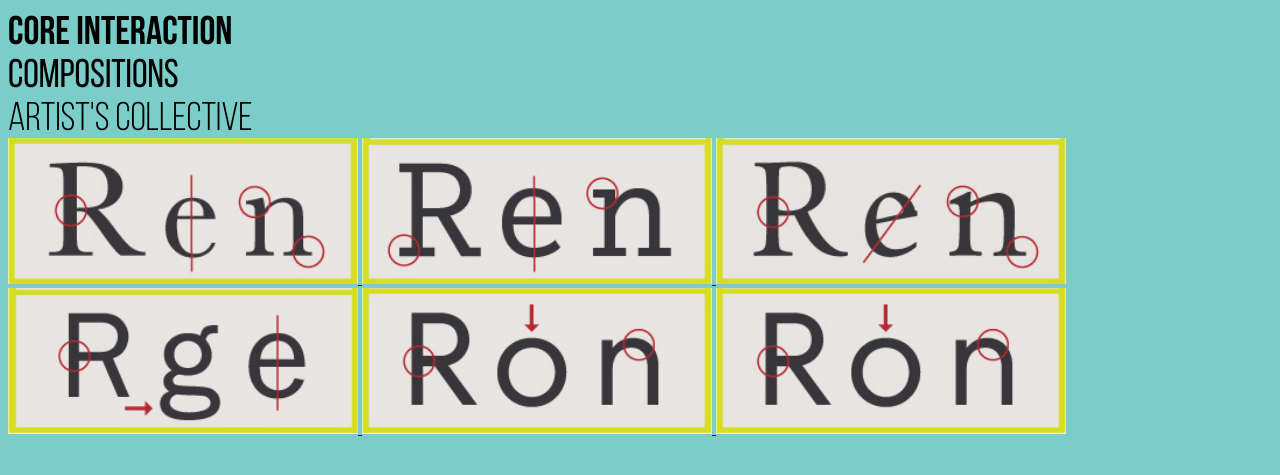
Repository: diasm568/diasm568.github.io
Page: lab/archive/index.html
The author's editor kept a record of every edit. The page is drawn from the files as they stood at one moment, then again after the next edit.
The browser window is 1280 px wide. The pictures show the whole page.

Above is the page before.

### lab/archive/index.html
<!DOCTYPE html>

<html>

<link href="styles.css" rel="stylesheet" type="text/css">

<title>Composition Archive</title>

<link rel="shortcut icon" type="image/png" href="../studio/favicon2.jpg"/>

<head>

	<p1>Core Interaction</p1>
        <br>
	<p2>Compositions</p2>
        <br>
	<p3>Artist's Collective</p3>
        <br>
</head>

<body>

    <a href="#transitional" class= "post" style= top:10px;>
        <img src="transitional.jpg" alt="home" style="width:350px;height:146px">
    </a>

    <a href="#slab" class= "post" style= top:10px;>
        <img src="slab.jpg" alt="home" style="width:350px;height:146px">
    </a>

    <a href="#oldstyle" class= "post" style= top:10px;>
        <img src="oldstyle.jpg" alt="home" style="width:350px;height:146px">
    </a>

    <a href="#grotesque" class= "post" style= top:10px;>
        <img src="grotesque.jpg" alt="home" style="width:350px;height:146px">
    </a>

    <a href="#geometric" class= "post" style= top:10px;>
        <img src="geometric.jpg" alt="home" style="width:350px;height:146px">
    </a>

    <a href="#square" class= "post" style= top:10px;>
        <img src="geometric.jpg" alt="home" style="width:350px;height:146px">
    </a>

</body>

</html>

### lab/archive/styles.css
body {
    background-color: #7acdc8;
}

@font-face {
    font-family: bebasNeueBold;
    src: url('bebasNeueBold-webfont.ttf') format('truetype');
}

@font-face {
    font-family: bebasNeueBook;
    src: url('bebasNeueBook-webfont.ttf') format('truetype');
}

@font-face {
    font-family: bebasNeueRegular;
    src: url('bebasNeueRegular-webfont.ttf') format('truetype');
}

p1 {
    font-family: bebasNeueBold;
    font-size: 40px;
}

p2 {
    font-family: bebasNeueRegular;
    font-size: 40px;
}

p3 {
    font-family: bebasNeueBook;
    font-size: 40px;
}

After the next edit:
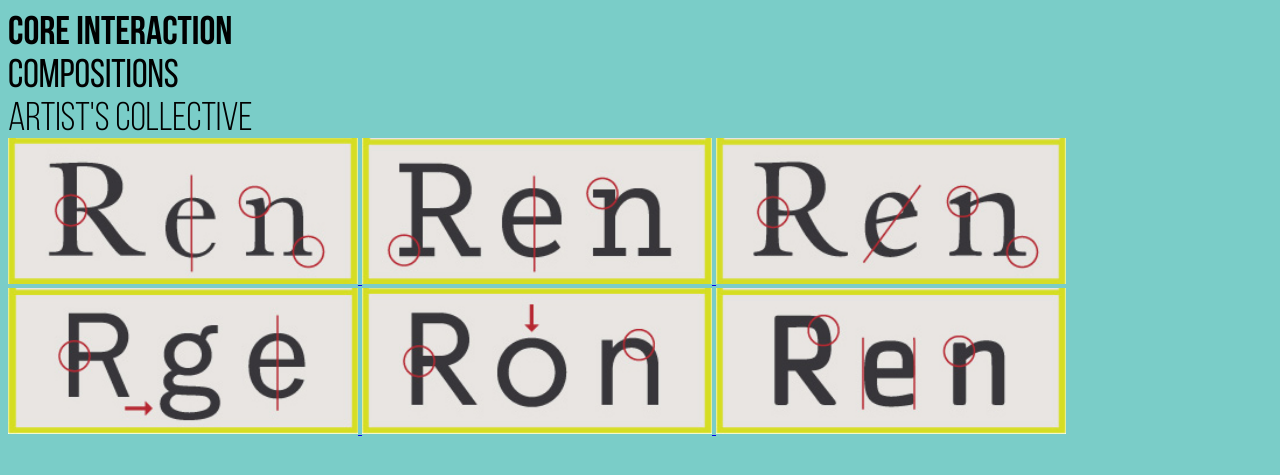
The edit:
--- a/lab/archive/index.html
+++ b/lab/archive/index.html
@@ -41,7 +41,7 @@
     </a>
 
     <a href="#square" class= "post" style= top:10px;>
-        <img src="geometric.jpg" alt="home" style="width:350px;height:146px">
+        <img src="square.jpg" alt="home" style="width:350px;height:146px">
     </a>
 
 </body>
